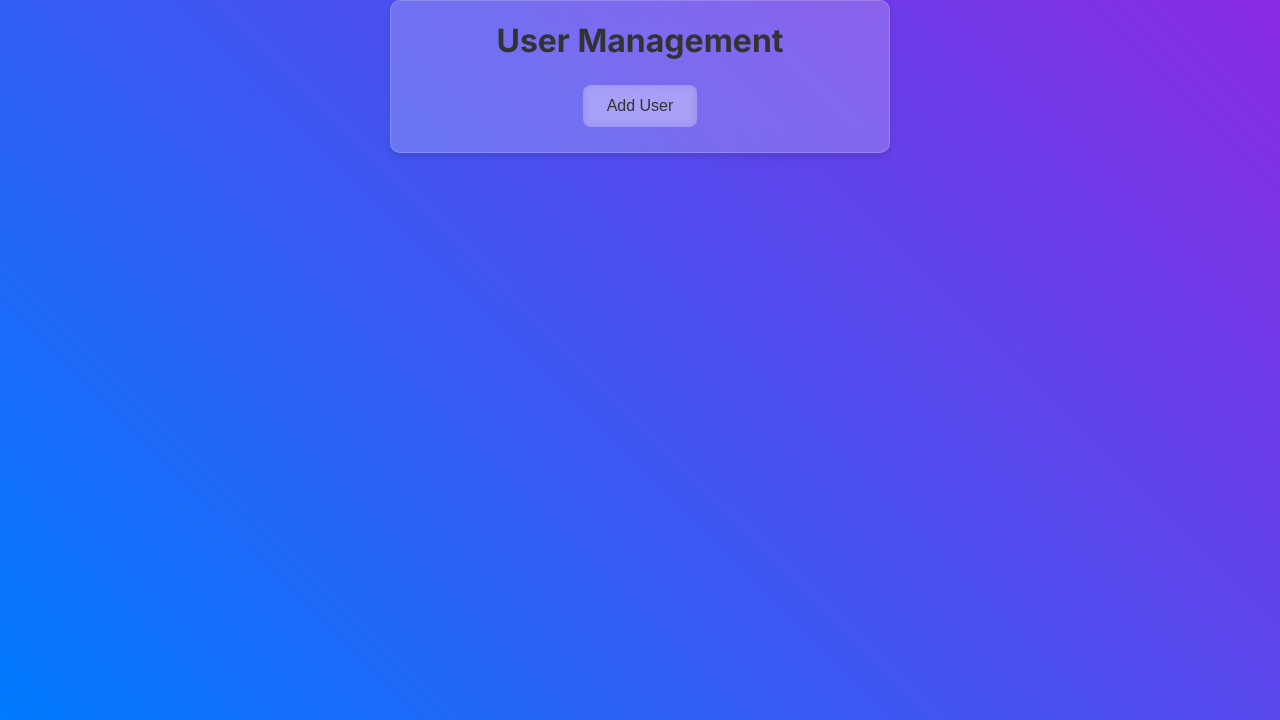
Repository: EeeeeEyyyy/crud-proj
Page: /
An editor plug-in stored every save of this project. The page is shown before and after the next save, followed by the edit.
The browser window is 1280 px wide. The pictures show the whole page.
The page's requests for data from a server got no answer. The project was rebuilt for these pictures with package versions that can differ from the ones it lists, and the page was loaded fresh each time. The framework's server and built-in components were replaced by stand-ins that run in the browser. No one was signed in, and anything a server would have sent is missing. Also part of the build but not shown: next.config.mjs.

Above is the page before, as saved 2024-06-24 15:01:45.

### src/app/page.js
"use client";

import React, { useEffect, useState } from 'react';
import axios from 'axios';

const Page = () => {
  const [users, setUsers] = useState([]);
  const [isCreateModalOpen, setCreateModalOpen] = useState(false);
  const [isUpdateModalOpen, setUpdateModalOpen] = useState(false);
  const [isDeleteModalOpen, setDeleteModalOpen] = useState(false);
  const [selectedUser, setSelectedUser] = useState(null);
  const [newUser, setNewUser] = useState({ name: '', email: '' });

  useEffect(() => {
    fetchUsers();
  }, []);

  const fetchUsers = async () => {
    try {
      const response = await axios.get('https://jsonplaceholder.typicode.com/users');
      setUsers(response.data);
    } catch (error) {
      console.error('Error fetching users:', error);
    }
  };

  const addUser = async () => {
    try {
      const response = await axios.post('https://jsonplaceholder.typicode.com/users', newUser);
      setUsers([...users, response.data]);
      setCreateModalOpen(false);
    } catch (error) {
      console.error('Error adding user:', error);
    }
  };

  const updateUser = async (id) => {
    try {
      const response = await axios.put(`https://jsonplaceholder.typicode.com/users/${id}`, selectedUser);
      setUsers(users.map((user) => (user.id === id ? response.data : user)));
      setUpdateModalOpen(false);
    } catch (error) {
      console.error('Error updating user:', error);
    }
  };

  const deleteUser = async (id) => {
    try {
      await axios.delete(`https://jsonplaceholder.typicode.com/users/${id}`);
      setUsers(users.filter((user) => user.id !== id));
      setDeleteModalOpen(false);
    } catch (error) {
      console.error('Error deleting user:', error);
    }
  };

  const openCreateModal = () => {
    setNewUser({ name: '', email: '' });
    setCreateModalOpen(true);
  };

  const closeCreateModal = () => {
    setCreateModalOpen(false);
  };

  const openUpdateModal = (user) => {
    setSelectedUser(user);
    setUpdateModalOpen(true);
  };

  const closeUpdateModal = () => {
    setSelectedUser(null);
    setUpdateModalOpen(false);
  };

  const openDeleteModal = (user) => {
    setSelectedUser(user);
    setDeleteModalOpen(true);
  };

  const closeDeleteModal = () => {
    setSelectedUser(null);
    setDeleteModalOpen(false);
  };

  return (
    <div className="container">
      <h1>User Management</h1>
      <button onClick={openCreateModal} className="glassButton">Add User</button>
      <ul>
        {users.map((user) => (
          <li key={user.id}>
            {user.name} - {user.email}
            <button onClick={() => openUpdateModal(user)} className="glassButton">Update</button>
            <button onClick={() => openDeleteModal(user)} className="glassButton">Delete</button>
          </li>
        ))}
      </ul>

      {isCreateModalOpen && (
        <div className="modalOverlay">
          <div className="modal">
            <h2>Add User</h2>
            <input
              type="text"
              placeholder="Name"
              value={newUser.name}
              onChange={(e) => setNewUser({ ...newUser, name: e.target.value })}
            />
            <input
              type="email"
              placeholder="Email"
              value={newUser.email}
              onChange={(e) => setNewUser({ ...newUser, email: e.target.value })}
            />
            <button onClick={addUser} className="glassButton">Add</button>
            <button onClick={closeCreateModal} className="closeButton">Close</button>
          </div>
        </div>
      )}

      {isUpdateModalOpen && selectedUser && (
        <div className="modalOverlay">
          <div className="modal">
            <h2>Update User</h2>
            <input
              type="text"
              placeholder="Name"
              value={selectedUser.name}
              onChange={(e) => setSelectedUser({ ...selectedUser, name: e.target.value })}
            />
            <input
              type="email"
              placeholder="Email"
              value={selectedUser.email}
              onChange={(e) => setSelectedUser({ ...selectedUser, email: e.target.value })}
            />
            <button onClick={() => updateUser(selectedUser.id)} className="glassButton">Update</button>
            <button onClick={closeUpdateModal} className="closeButton">Close</button>
          </div>
        </div>
      )}

      {isDeleteModalOpen && selectedUser && (
        <div className="modalOverlay">
          <div className="modal">
            <h2>Are you sure you want to delete {selectedUser.name}?</h2>
            <button onClick={() => deleteUser(selectedUser.id)} className="glassButton">Yes</button>
            <button onClick={closeDeleteModal} className="closeButton">No</button>
          </div>
        </div>
      )}
    </div>
  );
};

export default Page;

### src/app/globals.css
* {
  box-sizing: border-box;
  padding: 0;
  margin: 0;
}
html,
body {
  max-width: 100vw;
  overflow-x: hidden;
  background: linear-gradient(45deg, rgb(0, 123, 255), rgb(138, 43, 226)); /* Blue to Violet */
  height: 100%;
  margin: 0;
  padding: 0;
  font-family: Arial, sans-serif;
}
a {
  color: inherit;
  text-decoration: none;
}
.main {
  display: flex;
  flex-direction: column;
  justify-content: space-between;
  align-items: center;
  padding: 6rem;
  min-height: 100vh;
}
.description {
  display: inherit;
  justify-content: inherit;
  align-items: inherit;
  font-size: 0.85rem;
  max-width: var(--max-width);
  width: 100%;
  z-index: 2;
  font-family: var(--font-mono);
}
.description a {
  display: flex;
  justify-content: center;
  align-items: center;
  gap: 0.5rem;
}
.description p {
  position: relative;
  margin: 0;
  padding: 1rem;
  background-color: rgba(var(--callout-rgb), 0.5);
  border: 1px solid rgba(var(--callout-border-rgb), 0.3);
  border-radius: var(--border-radius);
}
.code {
  font-weight: 700;
  font-family: var(--font-mono);
}
.grid {
  display: grid;
  grid-template-columns: repeat(4, minmax(25%, auto));
  max-width: 100%;
  width: var(--max-width);
}
.card {
  padding: 1rem 1.2rem;
  border-radius: var(--border-radius);
  background: rgba(var(--card-rgb), 0);
  border: 1px solid rgba(var(--card-border-rgb), 0);
  transition: background 200ms, border 200ms;
}
.card span {
  display: inline-block;
  transition: transform 200ms;
}

.card h2 {
  font-weight: 600;
  margin-bottom: 0.7rem;
}
.card p {
  margin: 0;
  opacity: 0.6;
  font-size: 0.9rem;
  line-height: 1.5;
  max-width: 30ch;
  text-wrap: balance;
}
.center {
  display: flex;
  justify-content: center;
  align-items: center;
  position: relative;
  padding: 4rem 0;
}
.center::before {
  background: var(--secondary-glow);
  border-radius: 50%;
  width: 480px;
  height: 360px;
  margin-left: -400px;
}
.center::after {
  background: var(--primary-glow);
  width: 240px;
  height: 180px;
  z-index: -1;
}
.center::before,
.center::after {
  content: "";
  left: 50%;
  position: absolute;
  filter: blur(45px);
  transform: translateZ(0);
}
.logo {
  position: relative;
}
/* Enable hover only on non-touch devices */
@media (hover: hover) and (pointer: fine) {
  .card:hover {
    background: rgba(var(--card-rgb), 0.1);
    border: 1px solid rgba(var(--card-border-rgb), 0.15);
  }
  .card:hover span {
    transform: translateX(4px);
  }
}
@media (prefers-reduced-motion) {
  .card:hover span {
    transform: none;
  }
}
/* Mobile */
@media (max-width: 700px) {
  .content {
    padding: 4rem;
  }
  .grid {
    grid-template-columns: 1fr;
    margin-bottom: 120px;
    max-width: 320px;
    text-align: center;
  }
  .card {
    padding: 1rem 2.5rem;
  }

  .card h2 {
    margin-bottom: 0.5rem;
  }

  .center {
    padding: 8rem 0 6rem;
  }

  .center::before {
    transform: none;
    height: 300px;
  }

  .description {
    font-size: 0.8rem;
  }

  .description a {
    padding: 1rem;
  }

  .description p,
  .description div {
    display: flex;
    justify-content: center;
    position: fixed;
    width: 100%;
  }

  .description p {
    align-items: center;
    inset: 0 0 auto;
    padding: 2rem 1rem 1.4rem;
    border-radius: 0;
    border: none;
    border-bottom: 1px solid rgba(var(--callout-border-rgb), 0.25);
    background: linear-gradient(
      to bottom,
      rgba(var(--background-start-rgb), 1),
      rgba(var(--callout-rgb), 0.5)
    );
    background-clip: padding-box;
    backdrop-filter: blur(24px);
  }

  .description div {
    align-items: flex-end;
    pointer-events: none;
    inset: auto 0 0;
    padding: 2rem;
    height: 200px;
    background: linear-gradient(
      to bottom,
      transparent 0%,
      rgb(var(--background-end-rgb)) 40%
    );
    z-index: 1;
  }
}

/* Tablet and Smaller Desktop */
@media (min-width: 701px) and (max-width: 1120px) {
  .grid {
    grid-template-columns: repeat(2, 50%);
  }
}

@media (prefers-color-scheme: dark) {
  .vercelLogo {
    filter: invert(1);
  }

  .logo {
    filter: invert(1) drop-shadow(0 0 0.3rem #ffffff70);
  }
}

@keyframes rotate {
  from {
    transform: rotate(360deg);
  }
  to {
    transform: rotate(0deg);
  }
}
.container {
  max-width: 1000px;
  margin: 50px auto;
  padding: 20px;
  background: rgba(0, 123, 255, 0.2);
  border: 1px solid rgba(0, 123, 255, 0.18);
  border-radius: 10px;
  backdrop-filter: blur(10px);
  box-shadow: 0 4px 6px rgba(0, 0, 0, 0.1);
  text-align: center;
}

h1 {
  font-size: 2em;
  margin-bottom: 20px;
  color: #333;
}

/* Glass Button Styles */
.glassButton {
  background: rgba(255, 255, 255, 0.2);
  border: none;
  padding: 12px 24px;
  font-size: 16px;
  color: #333;
  cursor: pointer;
  outline: none;
  transition: background-color 0.3s ease, transform 0.3s ease;
  backdrop-filter: blur(5px);
  border-radius: 8px;
  margin: 5px;
}

.glassButton:hover {
  background: rgba(255, 255, 255, 0.3);
  transform: scale(1.05);
}

/* Modal Styles */
.modalOverlay {
  position: fixed;
  top: 0;
  left: 0;
  right: 0;
  bottom: 0;
  background-color: rgba(0, 0, 0, 0.5);
  display: flex;
  justify-content: center;
  align-items: center;
  z-index: 1000;
}

.modal {
  background: rgba(255, 255, 255, 0.8);
  padding: 20px;
  border-radius: 8px;
  width: 400px;
  max-width: 90%;
  box-shadow: 0 4px 6px rgba(0, 0, 0, 0.1);
  backdrop-filter: blur(10px);
  position: relative;
}

.closeButton {
  background: rgba(255, 255, 255, 0.5);
  padding: 8px;
  border-radius: 50%;
  border: none;
  font-size: 20px;
  cursor: pointer;
  position: absolute;
  top: 10px;
  right: 10px;
  transition: background-color 0.3s ease;
}

.closeButton:hover {
  background: rgba(255, 255, 255, 0.8);
}

/* List Styles */
ul {
  list-style-type: none;
  padding: 0;
}

li {
  display: flex;
  justify-content: space-between;
  align-items: center;
  padding: 10px;
  border-bottom: 1px solid rgba(0, 0, 0, 0.1);
  color: #333;
}

/* Input Styles */
input {
  display: block;
  width: calc(100% - 20px);
  margin: 10px 0;
  padding: 10px;
  border: 1px solid rgba(0, 0, 0, 0.1);
  border-radius: 4px;
  font-size: 16px;
}
.container { max-width: 500px; margin: 0 auto; padding: 20px; background: rgba(255, 255, 255, 0.2); border: 1px solid rgba(255, 255, 255, 0.18); border-radius: 10px; backdrop-filter: blur(10px); box-shadow: 0 4px 6px rgba(0, 0, 0, 0.1); text-align: center; }
h1 { font-size: 2em; margin-bottom: 20px; color: #333; }
.glassButton { background: rgba(255, 255, 255, 0.2); border: none; padding: 12px 24px; font-size: 16px; color: #333; cursor: pointer; outline: none; transition: background-color 0.3s ease, transform 0.3s ease; backdrop-filter: blur(5px); border-radius: 8px; margin: 5px; }
.glassButton:hover { background: rgba(255, 255, 255, 0.3); transform: scale(1.05); }
.modalOverlay { position: fixed; top: 0; left: 0; right: 0; bottom: 0; background-color: rgba(0, 0, 0, 0.5); display: flex; justify-content: center; align-items: center; z-index: 1000; }
.modal { background: rgba(255, 255, 255, 0.8); padding: 20px; border-radius: 8px; width: 400px; max-width: 90%; box-shadow: 0 4px 6px rgba(0, 0, 0, 0.1); backdrop-filter: blur(10px); position: relative; }
.closeButton { background: rgba(255, 255, 255, 0.5); padding: 8px; border-radius: 50%; border: none; font-size: 20px; cursor: pointer; position: absolute; top: 10px; right: 10px; transition: background-color 0.3s ease; }
.closeButton:hover { background: rgba(255, 255, 255, 0.8); }
ul { list-style-type: none; padding: 0; }
li { display: flex; justify-content: space-between; align-items: center; padding: 10px; border-bottom: 1px solid rgba(0, 0, 0, 0.1); color: #333; }
input { display: block; width: calc(100% - 20px); margin: 10px 0; padding: 10px; border: 1px solid rgba(0, 0, 0, 0.1); border-radius: 4px; font-size: 16px; }

Loaded but not shown: src/app/layout.js (common file)

After the next save:
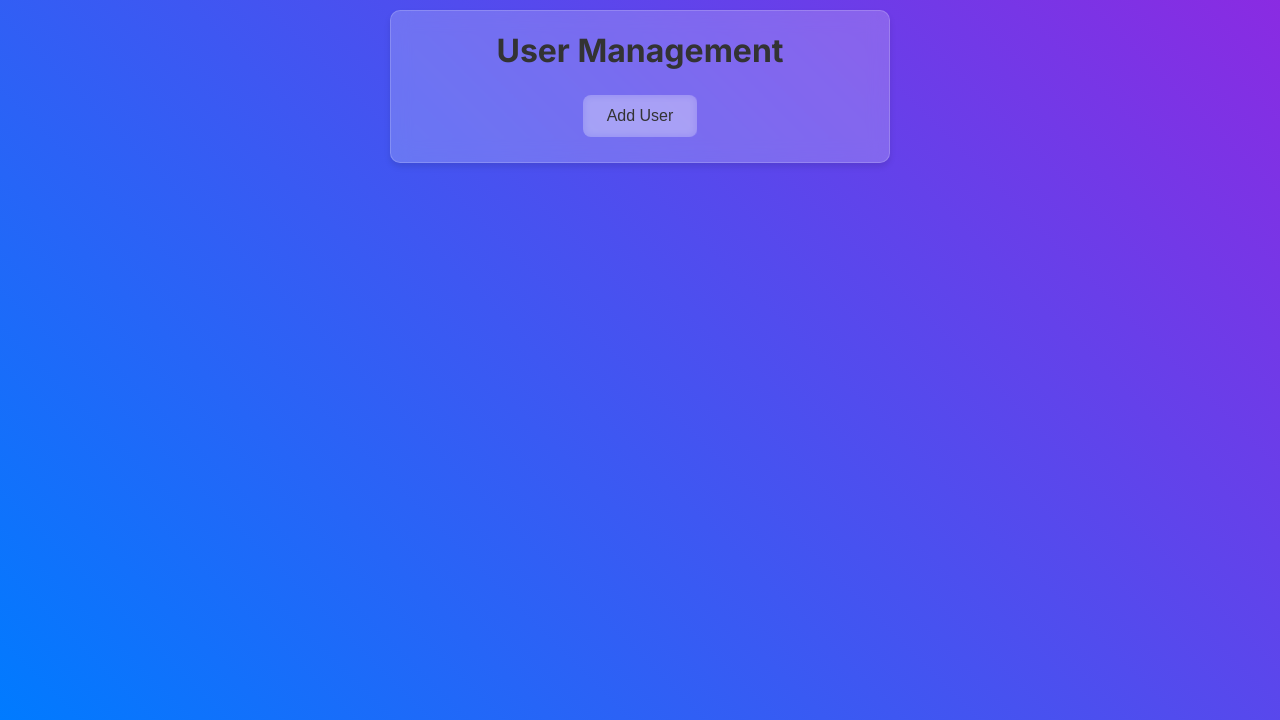
Saved 66 s later.
--- a/src/app/globals.css
+++ b/src/app/globals.css
@@ -334,7 +334,7 @@ input {
   border-radius: 4px;
   font-size: 16px;
 }
-.container { max-width: 500px; margin: 0 auto; padding: 20px; background: rgba(255, 255, 255, 0.2); border: 1px solid rgba(255, 255, 255, 0.18); border-radius: 10px; backdrop-filter: blur(10px); box-shadow: 0 4px 6px rgba(0, 0, 0, 0.1); text-align: center; }
+.container { max-width: 500px; margin: 10px auto; padding: 20px; background: rgba(255, 255, 255, 0.2); border: 1px solid rgba(255, 255, 255, 0.18); border-radius: 10px; backdrop-filter: blur(10px); box-shadow: 0 4px 6px rgba(0, 0, 0, 0.1); text-align: center; }
 h1 { font-size: 2em; margin-bottom: 20px; color: #333; }
 .glassButton { background: rgba(255, 255, 255, 0.2); border: none; padding: 12px 24px; font-size: 16px; color: #333; cursor: pointer; outline: none; transition: background-color 0.3s ease, transform 0.3s ease; backdrop-filter: blur(5px); border-radius: 8px; margin: 5px; }
 .glassButton:hover { background: rgba(255, 255, 255, 0.3); transform: scale(1.05); }
